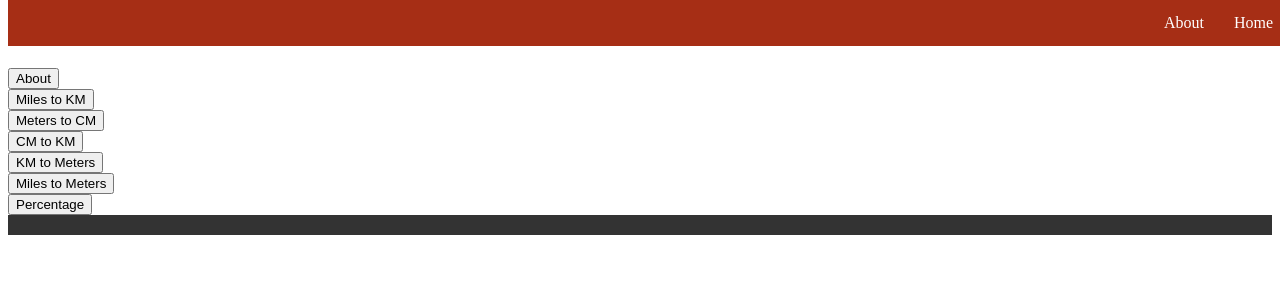
Repository: Kamrangujjar85112/Length-Converter
Page: html/home.html
The author's editor kept a copy of each file at every save. The page is drawn from the files as they stood at one save, then again after the next save.
The browser window is 1280 px wide. The pictures show the whole page.

Above is the page before, as saved 2022-01-21 02:26:07.

### html/home.html
<!-- home -->
<!DOCTYPE html>
<html lang="en">
<head>
    <meta charset="UTF-8">
    <meta http-equiv="X-UA-Compatible" content="IE=edge">
    <meta name="viewport" content="width=device-width, initial-scale=1.0">
    <title>Home</title>
    <link rel="stylesheet" href="../css/style.css">

</head>
<body>
   <div class="header">
        <nav>
            <ul class="nav-ul">
                <li class="nav-li"><a href="#home">Home</a></li>
                <li class="nav-li"><a href="#about">About</a></li>
            </ul>
        </nav>
   </div>
   <div class="container">
    <a href="about.html" class="about">
        <button class="about">About</button>
    </a><br>
    <a href="mi_km.html" class="">
        <button class="mi_km">Miles to KM</button>
    </a><br>

    <a href="m_cm.html" class="about">
        <button class="m_cm">Meters to CM</button>
    </a><br>

    <a href="cm_km.html" class="about">
        <button class="cm_km">CM to KM</button>
    </a><br>

    <a href="km_m.html" class="about">
        <button class="km_m">KM to Meters</button>
    </a><br>

    <a href="mi_m.html" class="about">
        <button class="mi_m">Miles to Meters</button>
    </a><br>

    <a href="percentage.html" class="about">
        <button class="percentage">Percentage</button>
    </a><br>
   </div>
   <div class="footer">

   </div>



</body>
</html>

### css/style.css
  body{
    padding-top: 60px;
    padding-bottom: 40px;
}
.header{
    top: 0;
    width: 100%;
    margin: 0 auto;
    position: fixed;
}
.nav-ul{
    list-style-type: none;
    margin: 0;
    padding: 0;
    overflow: hidden;
    background-color: #A62E15;
  }

  .nav-li {
    float: right;
  }

  li a {
    display: block;
    color: white;
    text-align: center;
    padding: 14px 15px;
    text-decoration: none;
  }


  /* Change the link color to #111 (black) on hover */
  li a:hover {
    background-color: #CA7E6F;
  }
.footer{
    bottom: 0;
    width: 100%;
    margin: 0
    position: fixed;
    background: #333;
    padding: 10px 0;
    color: #fff;
}
/* Some more styles to beutify this example */

After the next save:
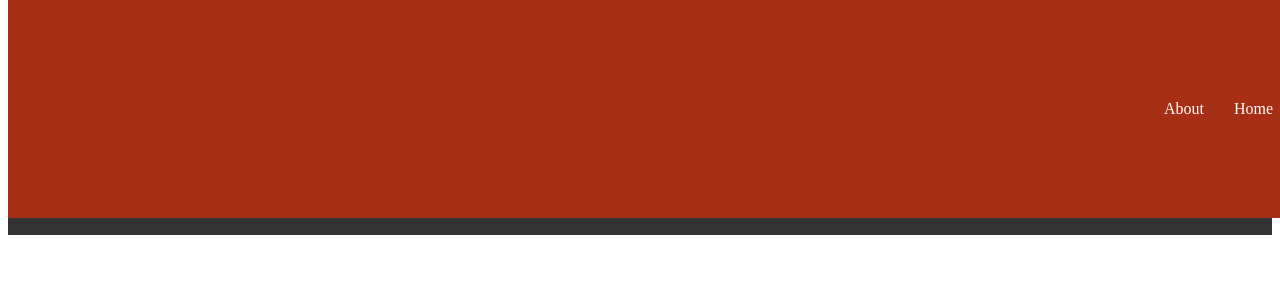
Saved 5 s later.
--- a/css/style.css
+++ b/css/style.css
@@ -24,7 +24,7 @@
     display: block;
     color: white;
     text-align: center;
-    padding: 14px 15px;
+    padding: 100px 15px;
     text-decoration: none;
   }
 

After the save that followed:
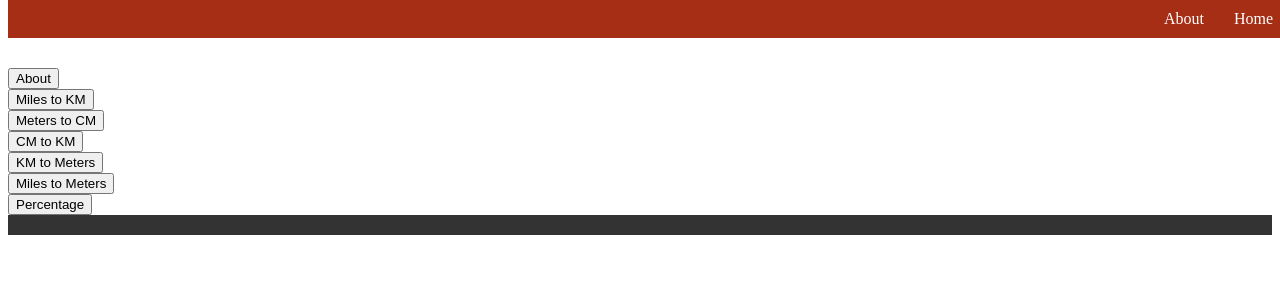
Saved 9 s later.
--- a/css/style.css
+++ b/css/style.css
@@ -24,7 +24,7 @@
     display: block;
     color: white;
     text-align: center;
-    padding: 100px 15px;
+    padding: 10px 15px;
     text-decoration: none;
   }
 
